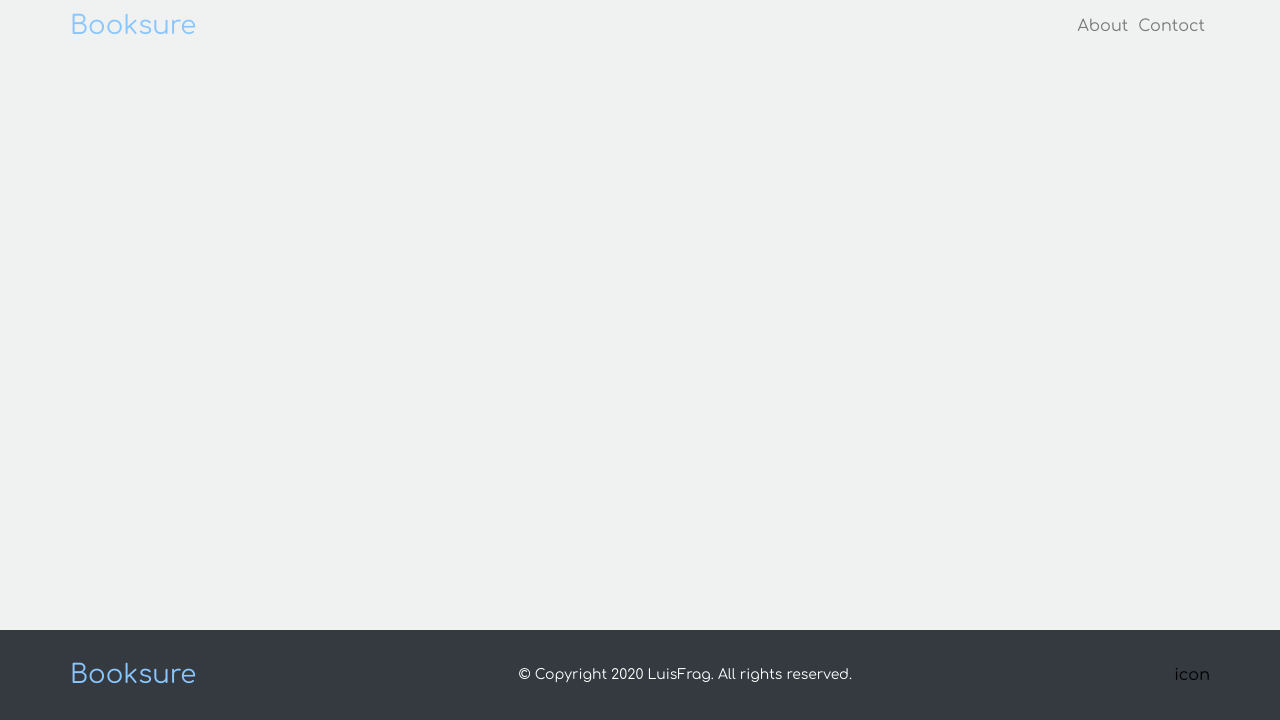
Repository: changesxxx/searchBooks
Page: /search
These files come from the project's save history. The page is drawn as it stood at one moment and after a run of saves; the edit follows.
The browser window is 1280 px wide. The pictures show the whole page.
The project was rebuilt for these pictures with package versions that can differ from the ones it lists, and the page was loaded fresh each time. Also part of the build but not shown: craco.config.js.

Above is the page before, as saved 2024-06-24 17:37:10.

After the next 2 saves:
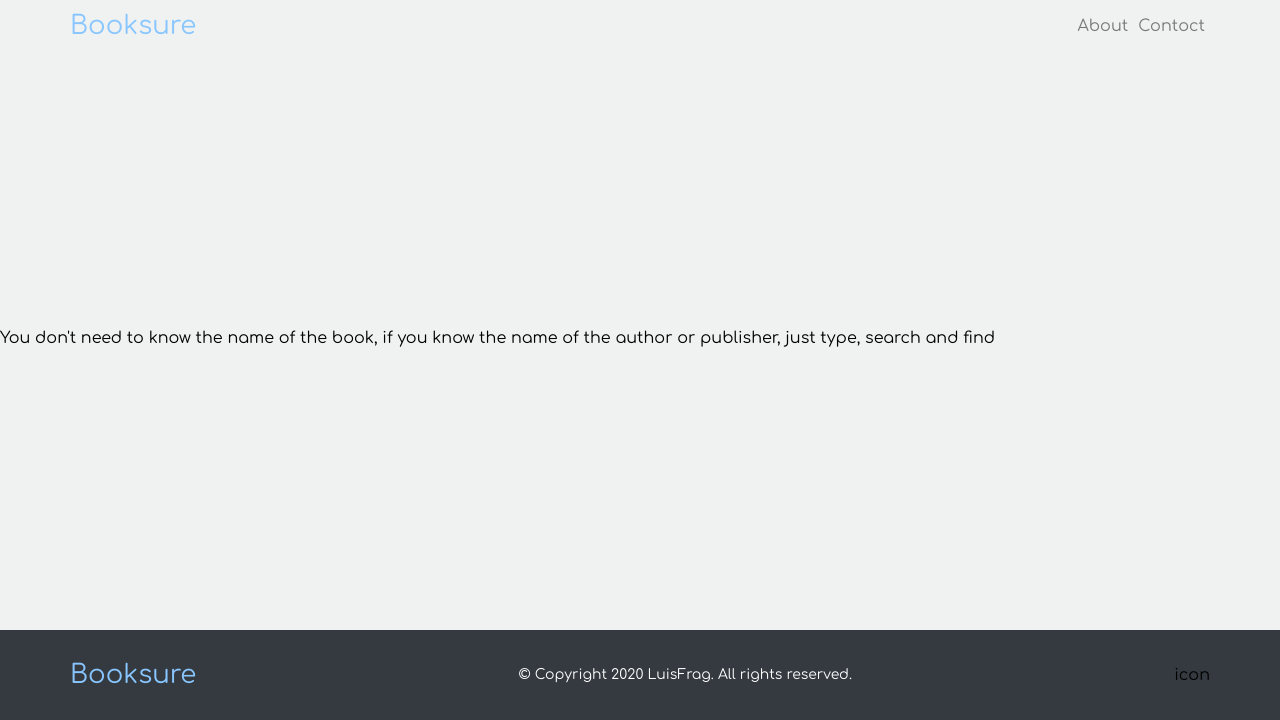
The 2 saves are shown as one change because they came seconds apart.
The last was saved 33 s later.
--- a/src/view/search/Search.jsx
+++ b/src/view/search/Search.jsx
@@ -3,7 +3,14 @@ import React, { memo } from 'react'
 import SearchWrapper from './style'
 
 const Search = memo(() => {
-  return <SearchWrapper></SearchWrapper>
+  return (
+    <SearchWrapper>
+      <div className="describe">
+        You don't need to know the name of the book, if you know the name of the
+        author or publisher, just type, search and find
+      </div>
+    </SearchWrapper>
+  )
 })
 
 export default Search
